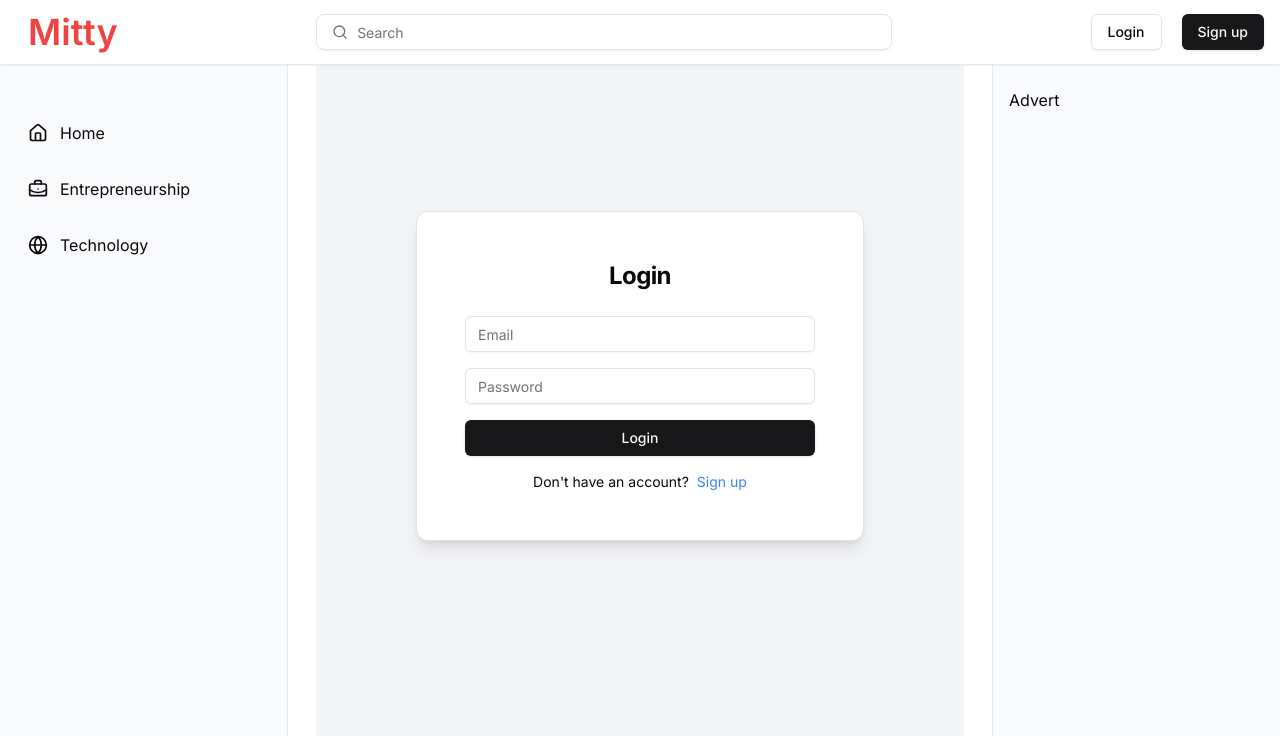
Repository: IssaMuiz/afrixpace-frontend
Page: /auth/login
An editor plug-in stored every save of this project. The page is shown before and after the next save, followed by the edit.
The browser window is 1280 px wide. The pictures show the whole page.
The project was rebuilt for these pictures with package versions that can differ from the ones it lists, and the page was loaded fresh each time. The framework's server and built-in components were replaced by stand-ins that run in the browser. Also part of the build but not shown: next.config.ts.

Above is the page before, as saved 2025-02-10 05:03:40.

After the next save:
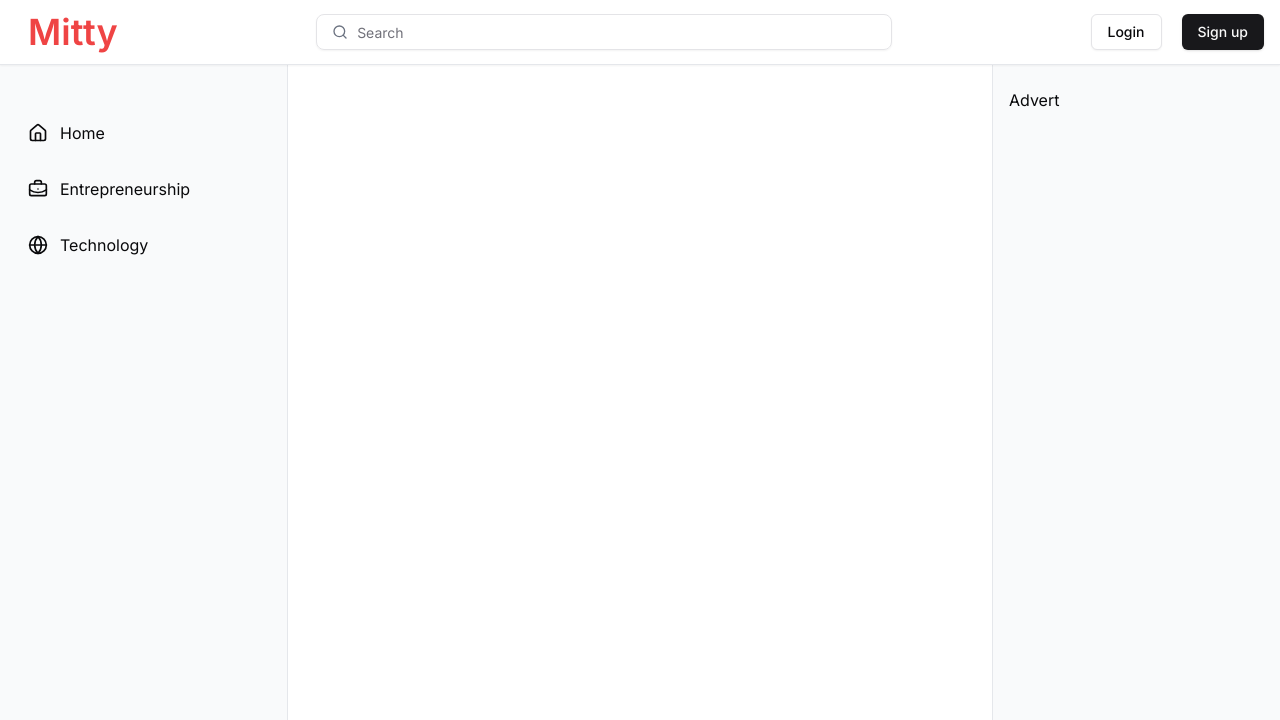
Saved 3 h 23 min later.
--- a/app/auth/layout.tsx
+++ b/app/auth/layout.tsx
@@ -1,11 +1,18 @@
-export default function AuthLayout({
+import { Inter } from "next/font/google";
+import "./globals.css";
+
+const inter = Inter({ subsets: ["latin"] });
+
+export default function RootLayout({
   children,
 }: Readonly<{
   children: React.ReactNode;
 }>) {
   return (
-    <div className={` min-h-screen bg-gray-100 dark:bg-gray-900 `}>
-      {children}
-    </div>
+    <html lang="en">
+      <body className={`${inter.className} min-h-screen antialiased`}>
+        {children}
+      </body>
+    </html>
   );
 }
